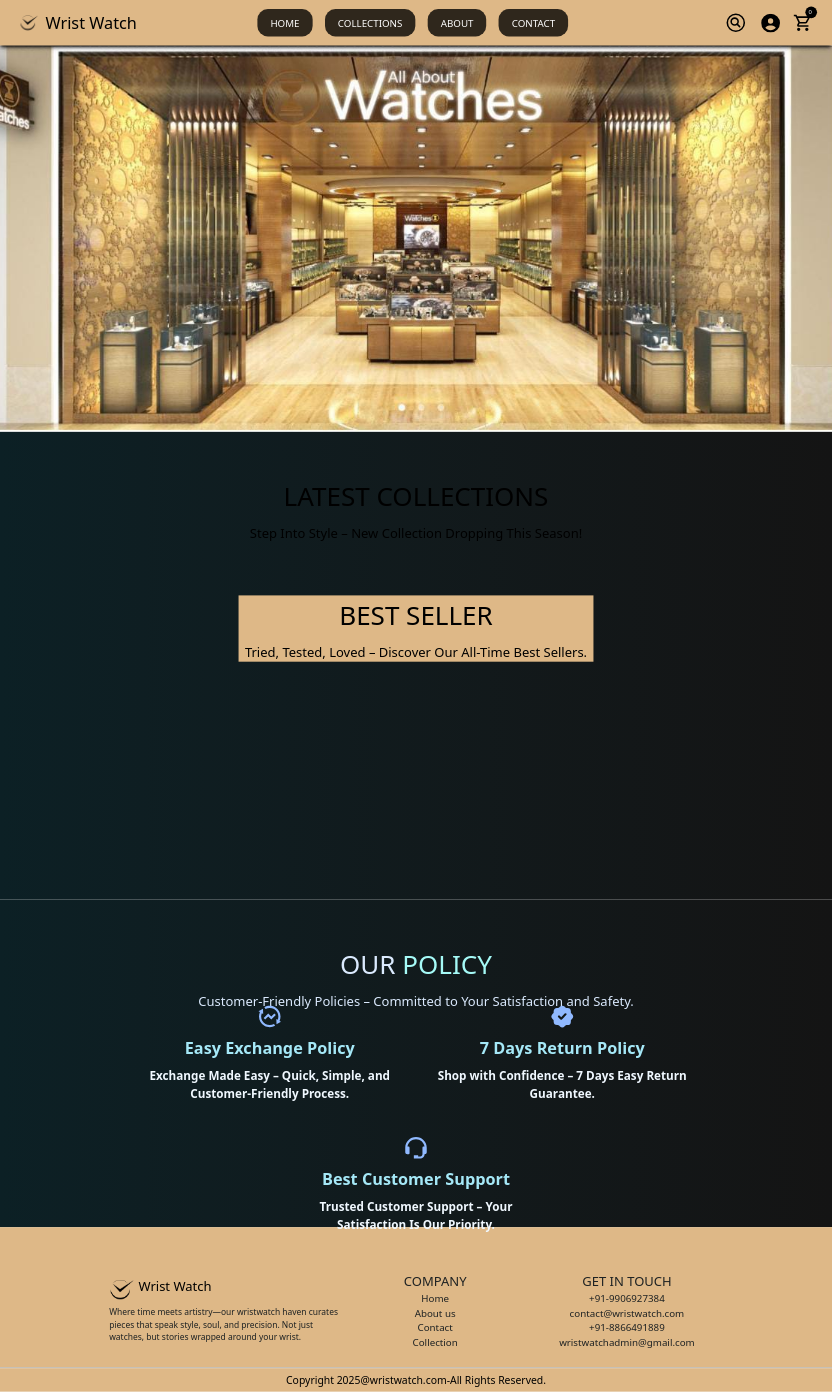
Repository: mansibhanushali/online_watch_ecommerce_mernstack_webapplication
Page: / (app in frontend/)
The author's editor kept a copy of each file at every save. The page is drawn from the files as they stood at one save, then again after the next save.
The browser window is 1280 px wide. The pictures show the whole page, at 65% of full size.
The page's requests for data from a server got no answer. The project was rebuilt for these pictures with package versions that can differ from the ones it lists, and the page was loaded fresh each time. No one was signed in, and anything a server would have sent is missing. Also part of the build but not shown: frontend/vite.config.js, frontend/src/component/Loading.jsx, frontend/src/pages/Registration.jsx, frontend/src/component/Card.jsx, frontend/src/pages/Login.jsx, frontend/src/pages/About.jsx, frontend/src/pages/Collections.jsx, frontend/src/pages/Contact.jsx and 6 more.

Above is the page before, as saved 2025-08-16 13:42:41.

After the next save:
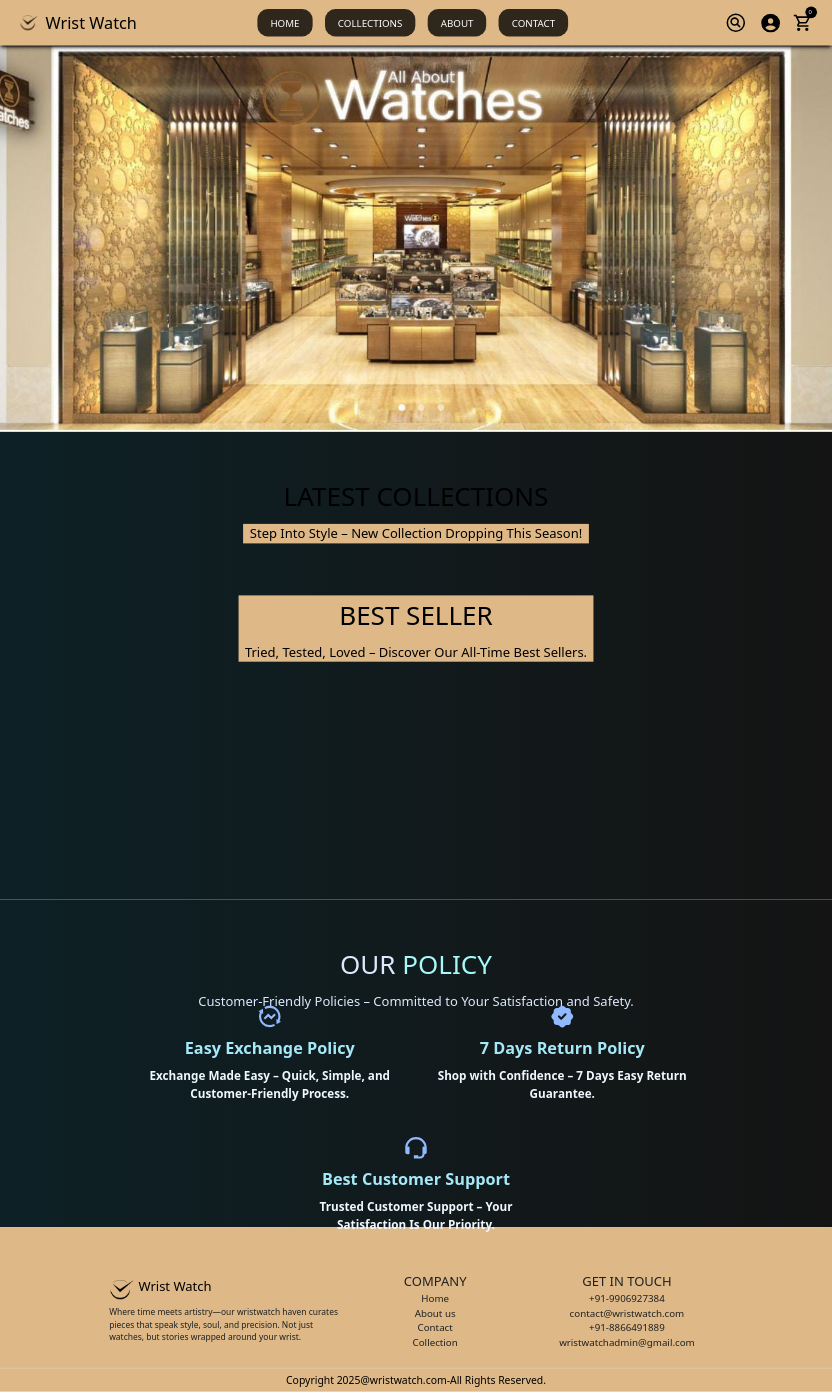
Saved 2 min 44 s later.
--- a/frontend/src/component/LatestCollection.jsx
+++ b/frontend/src/component/LatestCollection.jsx
@@ -15,7 +15,7 @@ function LatestCollection() {
     <div>
       <div className='h-[8%] w-[100%] text-center md:mt-[50px] '>
         <Title text1={<span className='text-black'>LATEST</span>} text2={<span className='text-black'>COLLECTIONS</span>}/>
-        <p className='w-[100%] m-auto text-[13px] md:text-[20px] px-[10px] text-black'>Step Into Style – New Collection Dropping This Season!</p>
+        <p className='w-[100%] m-auto text-[13px] md:text-[20px] px-[10px] text-black bg-[burlywood]'>Step Into Style – New Collection Dropping This Season!</p>
       </div>
       <div className='w-[100%] h-[50%] mt-[30px] flex items-center justify-center flex-wrap gap-[50px]'>
         {
